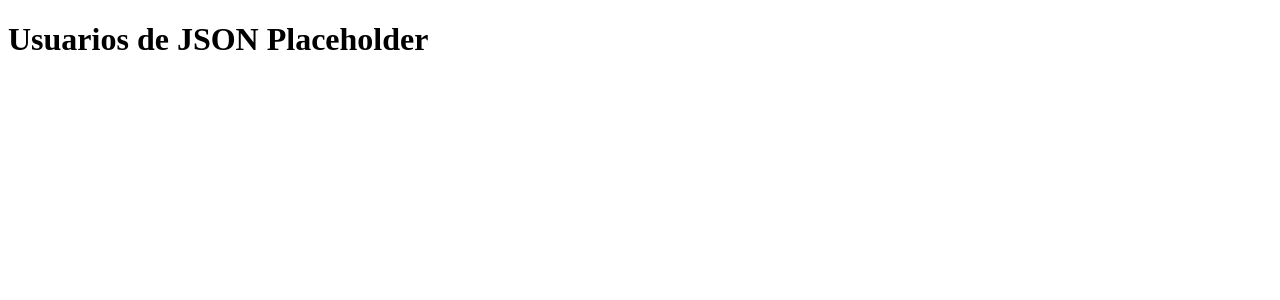
Repository: romancegirl/apis
Page: index.html
The author's editor kept a copy of each file at every save. The page is drawn from the files as they stood at one save, then again after the next save.
The browser window is 1280 px wide. The pictures show the whole page.
The page's requests for data from a server got no answer.

Above is the page before, as saved 2024-12-01 03:28:55.

### index.html
<!DOCTYPE html>
<html lang="es">

<head>
    <meta http-equiv="Content-Type" content="text/html; charset=UTF-8">
    <meta name="viewport" content="width=device-width, initial-scale=1.0">
    <title>Ejemplo de una API</title>
</head>

<body>
    <h1>Usuarios de JSON Placeholder</h1>
    <ul id="userList"></ul>
    <script src="js/script.js"></script>
</body>

</html>

### js/script.js
const url = "https://jsonplaceholder.typicode.com/users";

// Solicitud GET
fetch(url)
    .then(response => {
        if (!response.ok) {
            throw new Error(`Error al conectar con la API: ${response.status}`);
        }
        return response.json();
    })
    .then(users => {
        const userList = document.getElementById('userList');
        users.forEach(user => {
            const listItem = document.createElement('li');
            listItem.textContent = `ID: ${user.id}, Nombre: ${user.name}, Email: ${user.email}`;
            userList.appendChild(listItem);
        });
    })
    .catch(error => {
        console.error("Hubo un problema:", error);
    });

After the next save:
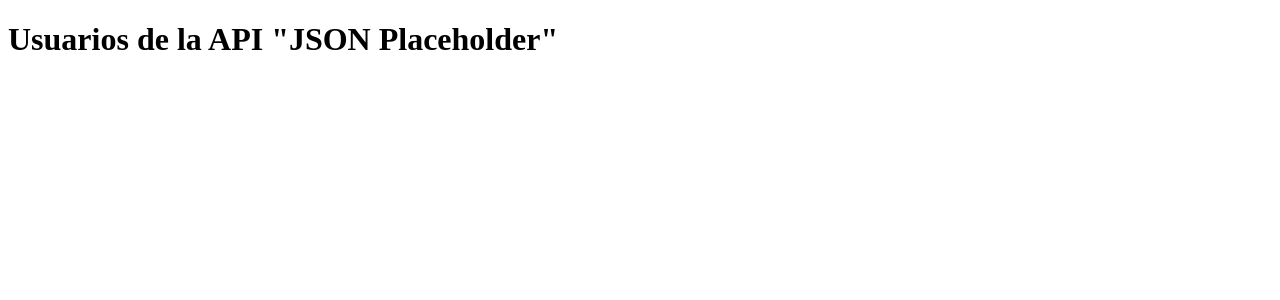
Saved 10 s later.
--- a/index.html
+++ b/index.html
@@ -8,7 +8,7 @@
 </head>
 
 <body>
-    <h1>Usuarios de JSON Placeholder</h1>
+    <h1>Usuarios de la API "JSON Placeholder"</h1>
     <ul id="userList"></ul>
     <script src="js/script.js"></script>
 </body>
